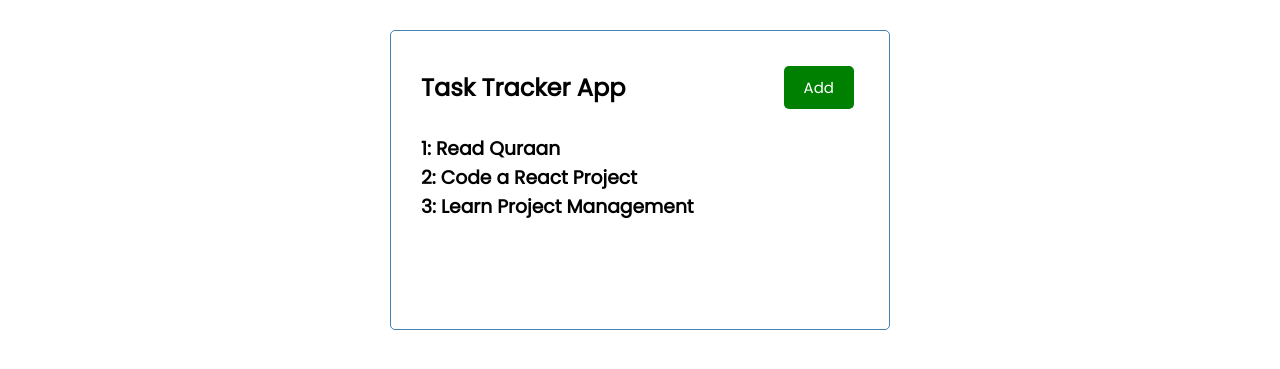
Repository: feyroozecode/task_tracker
Page: /
An editor plug-in stored every save of this project. The page is shown before and after a run of saves, followed by the edit.
The browser window is 1280 px wide. The pictures show the whole page.
The project was rebuilt for these pictures with package versions that can differ from the ones it lists, and the page was loaded fresh each time.

Above is the page before, as saved 2023-10-20 07:02:21.

After the next 2 saves:
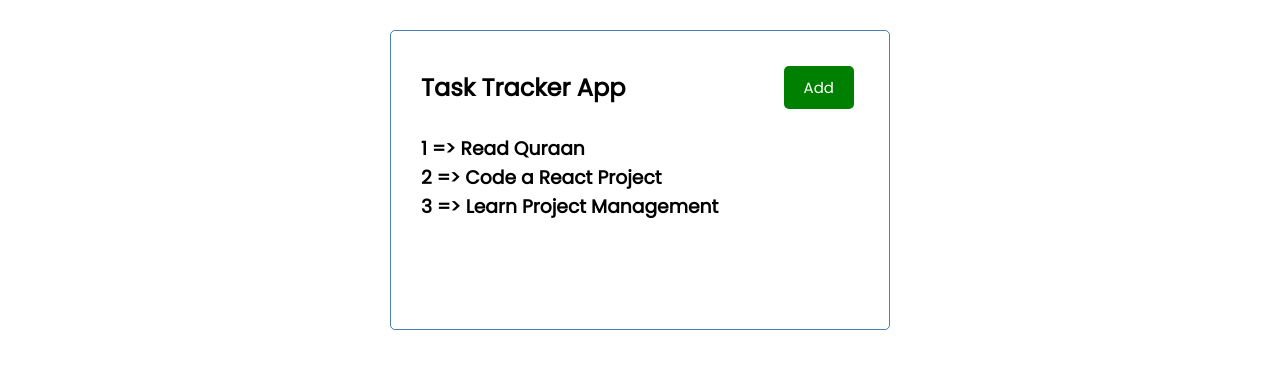
The 2 saves are shown as one change because they came seconds apart.
The last was saved 10 s later.
--- a/src/components/Tasks.js
+++ b/src/components/Tasks.js
@@ -47,7 +47,7 @@ const Tasks = () => {
     return (
        <>
        {
-        tasks.map((task) => ( <>  <h3 key={task.id}>{ task.id }:  {task.text} </h3> </> ))
+        tasks.map((task) => ( <>  <h3 key={task.id}>{ task.id } => {task.text} </h3> </> ))
        }
        </>
     );
